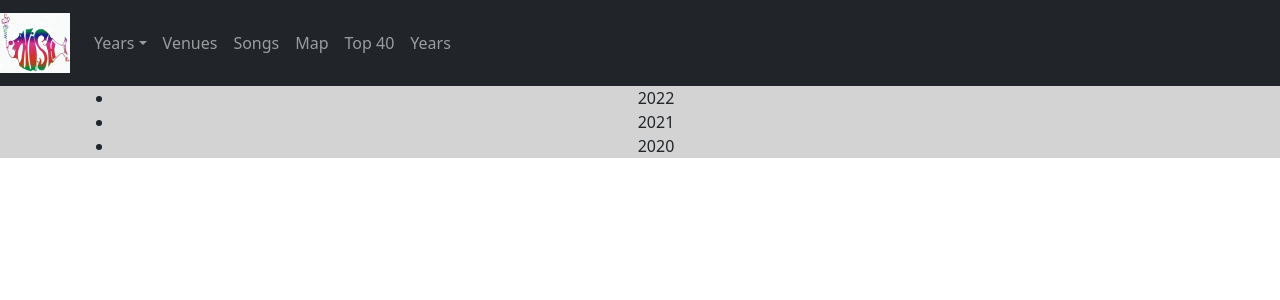
Repository: Jcparks84/gonePhishin
Page: / (app in my-app/)
These files come from the project's save history. The page is drawn as it stood at one moment and after the next save; the edit follows.
The browser window is 1280 px wide. The pictures show the whole page.
The page's requests for data from a server got no answer. The project was rebuilt for these pictures with package versions that can differ from the ones it lists, and the page was loaded fresh each time. No one was signed in, and anything a server would have sent is missing. Also part of the build but not shown: my-app/src/components/audioPlayer/audioPlayer.js.

Above is the page before, as saved 2022-08-16 18:17:50.

### my-app/src/App.js
import './App.css';
import AudioPlayer from './components/audioPlayer/audioPlayer';
import Navbar from './components/navbar/navBar'
import YearPage from './pages/yearPage/yearPage';



function App() {
  const apiKey = process.env.REACT_APP_API_KEY


  return (
    <div className="App">
      <div>
      <Navbar fixed="top" />
      </div>
      <div>
        <YearPage/>
      </div>
      <div>
        {/* <AudioPlayer/> */}
      </div>

    </div>

  );
}

export default App;

### my-app/src/App.css
.App {
  text-align: center;
  background-color: #d3d3d3;
}

.App-logo {
  height: 40vmin;
  pointer-events: none;
}

@media (prefers-reduced-motion: no-preference) {
  .App-logo {
    animation: App-logo-spin infinite 20s linear;
  }
}

.App-header {
  background-color: #282c34;
  min-height: 100vh;
  display: flex;
  flex-direction: column;
  align-items: center;
  justify-content: center;
  font-size: calc(10px + 2vmin);
  color: white;
}

.App-link {
  color: #61dafb;
}

@keyframes App-logo-spin {
  from {
    transform: rotate(0deg);
  }
  to {
    transform: rotate(360deg);
  }
}

### my-app/src/components/navbar/navBar.js
import logo from '../images/phish.png'
import './navBar.css';
import 'bootstrap/dist/css/bootstrap.css'
import { Nav, Navbar, NavDropdown } from 'react-bootstrap'
import AudioPlayer from '../audioPlayer/audioPlayer';
import YearPage from '../../pages/yearPage/yearPage';



function NavBar() {
  return (
    <div className="navBar">
      <Navbar bg="dark" variant="dark"
        sticky="top" expand="sm" collapseOnSelect>
        <Navbar.Brand>
          <img src={logo} width="70px" height="60px" />{' '}
        </Navbar.Brand>

        <Navbar.Toggle className="coloring" />
        <Navbar.Collapse>
          <Nav>
            <NavDropdown title="Years">
              <NavDropdown.Item href="#years/2021">2021</NavDropdown.Item>
              <NavDropdown.Item href="#years/2020">2020</NavDropdown.Item>
              <NavDropdown.Item href="#years/2019">2019</NavDropdown.Item>
            </NavDropdown>
            <Nav.Link href="#Venues">Venues</Nav.Link>
            <Nav.Link href="#contact-us">Songs</Nav.Link>
            <Nav.Link href="#contact-us">Map</Nav.Link>
            <Nav.Link href="#contact-us">Top 40</Nav.Link>
            <Nav.Link path="#years">{YearPage}Years</Nav.Link>

          </Nav>
        </Navbar.Collapse>

      </Navbar>
    </div>
  );
}


export default NavBar;

### my-app/src/pages/yearPage/yearPage.js
import React from 'react'
// import './yearPage.css'


function YearPage(){
    return(
        <div className='container'>
            <ul>
                <li>2022</li>
                <li>2021</li>
                <li>2020</li>
            </ul>
        </div>
    )
}

export default YearPage;

### my-app/src/components/navbar/navBar.css
.bg-myRed{
    background-color: crimson;
  }

  .content{
    padding: 12px;
    height: 3000px;
  }

  .coloring{
    color: black;
  }

  nav.link {
    align-items: center;
  }

### my-app/src/pages/yearPage/yearPage.css

.container {
    display: flex;
}

li {
    text-align: left;
    list-style-type: none;

}

Loaded but not shown: my-app/public/index.html (common file); my-app/src/index.js (common file); my-app/src/index.css (common file); my-app/src/reportWebVitals.js (common file)

After the next save:
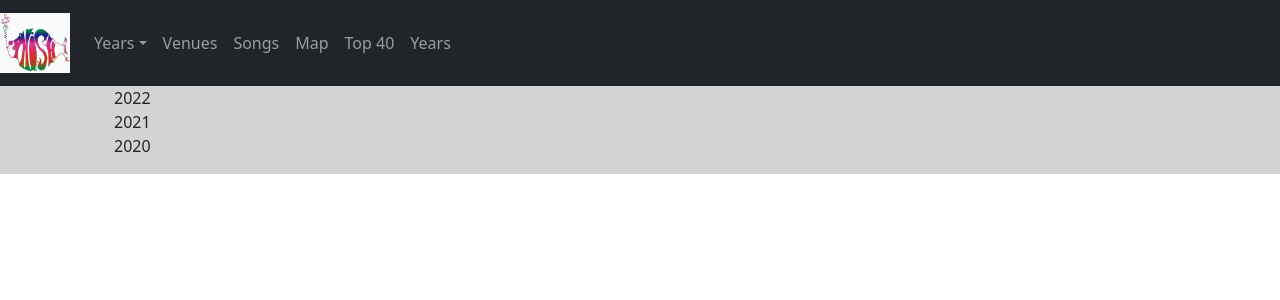
Saved 10 s later.
--- a/my-app/src/pages/yearPage/yearPage.js
+++ b/my-app/src/pages/yearPage/yearPage.js
@@ -1,5 +1,5 @@
 import React from 'react'
-// import './yearPage.css'
+import './yearPage.css'
 
 
 function YearPage(){
